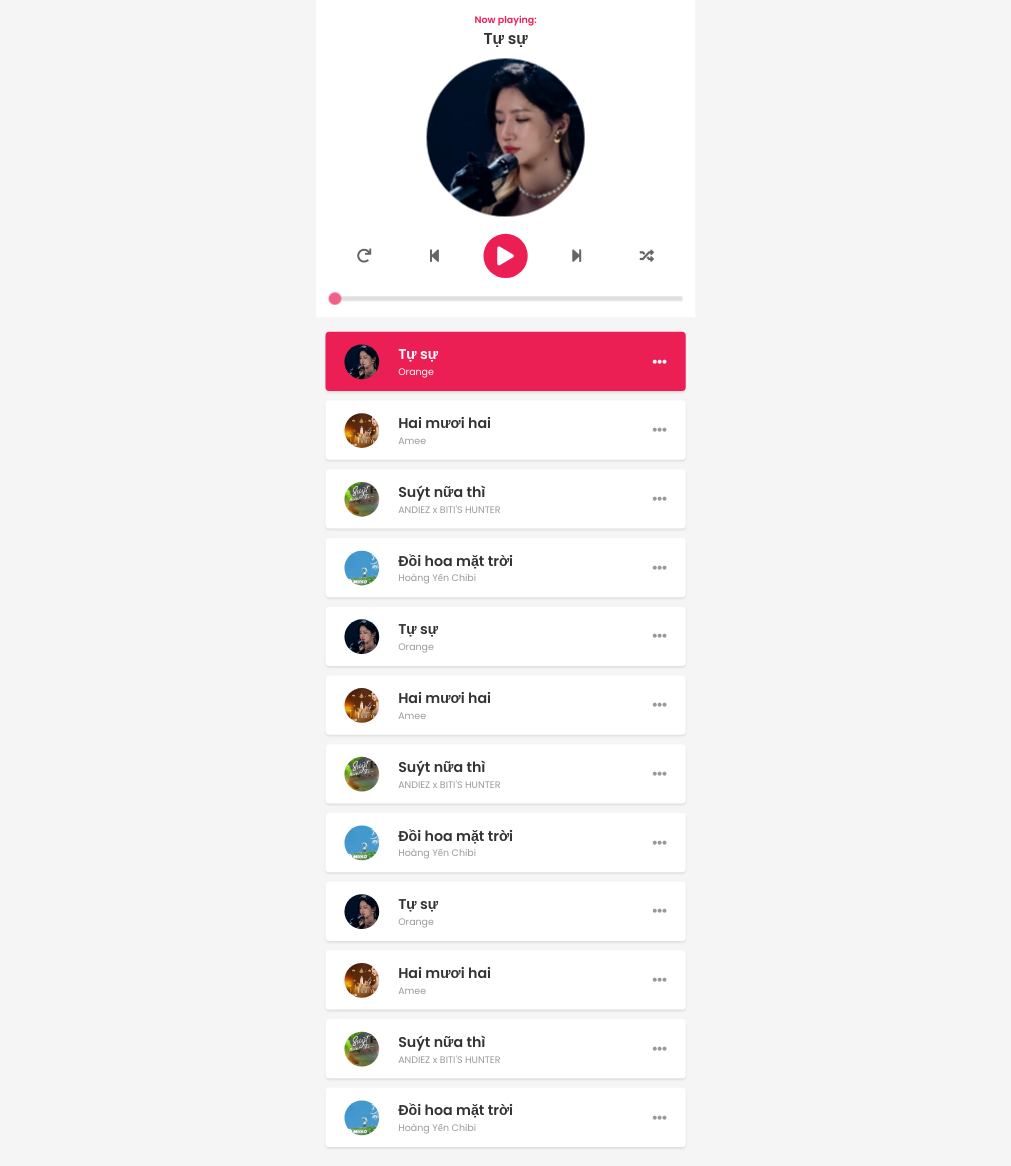
Repository: tannv3201/learn_JS_F8
Page: Example/Music player/index.html
The author's editor kept a copy of each file at every save. The page is drawn from the files as they stood at one save, then again after the next save.
The browser window is 1280 px wide. The pictures show the whole page, at 79% of full size.
Pictures or frames that could not be fetched are drawn as grey boxes.

Above is the page before, as saved 2022-08-17 14:48:59.

### Example/Music player/index.html
<!DOCTYPE html>
<html lang="en">

<head>
    <meta charset="UTF-8">
    <meta http-equiv="X-UA-Compatible" content="IE=edge">
    <meta name="viewport" content="width=device-width, initial-scale=1.0">
    <title>Music player</title>
    <link rel="stylesheet" href="https://cdnjs.cloudflare.com/ajax/libs/font-awesome/5.15.2/css/all.min.css"
        integrity="sha512-HK5fgLBL+xu6dm/Ii3z4xhlSUyZgTT9tuc/hSrtw6uzJOvgRr2a9jyxxT1ely+B+xFAmJKVSTbpM/CuL7qxO8w=="
        crossorigin="anonymous" />
    <link rel="preconnect" href="https://fonts.gstatic.com">
    <link href="https://fonts.googleapis.com/css2?family=Poppins:wght@300;400;600&display=swap" rel="stylesheet">
    <link rel="stylesheet" href="./style.css">
</head>

<body>

    <div class="player">
        <!-- Dashboard -->
        <div class="dashboard">
            <!-- Header -->
            <header>
                <h4>Now playing:</h4>
                <h2>Tự sự</h2>
            </header>

            <!-- CD -->
            <div class="cd">
                <div class="cd-thumb" style="background-image: url('./assets/imgs/tusu.jpg')">
                </div>
            </div>

            <!-- Control -->
            <div class="control">
                <div class="btn btn-repeat">
                    <i class="fas fa-redo"></i>
                </div>
                <div class="btn btn-prev">
                    <i class="fas fa-step-backward"></i>
                </div>
                <div class="btn btn-toggle-play">
                    <i class="fas fa-pause icon-pause"></i>
                    <i class="fas fa-play icon-play"></i>
                </div>
                <div class="btn btn-next">
                    <i class="fas fa-step-forward"></i>
                </div>
                <div class="btn btn-random">
                    <i class="fas fa-random"></i>
                </div>
            </div>

            <input id="progress" class="progress" type="range" value="0" step="1" min="0" max="100">

            <audio id="audio" src=""></audio>
        </div>

        <!-- Playlist -->
        <div class="playlist">
            <div class="song">
                <div class="thumb" style="background-image: url('./assets/imgs/tusu.jpg')">
                </div>
                <div class="body">
                    <h3 class="title">Tự sự</h3>
                    <p class="author">Orange</p>
                </div>
                <div class="option">
                    <i class="fas fa-ellipsis-h"></i>
                </div>
            </div>
            <div class="song">
                <div class="thumb" style="background-image: url('./assets/imgs/haimuoihai.jpg')">
                </div>
                <div class="body">
                    <h3 class="title">Hai mươi hai</h3>
                    <p class="author">Amee</p>
                </div>
                <div class="option">
                    <i class="fas fa-ellipsis-h"></i>
                </div>
            </div>
            <div id="song" class="song">
                <div class="thumb"
                    style="background-image: url('https://i.ytimg.com/vi/jTLhQf5KJSc/maxresdefault.jpg')">
                </div>
                <div class="body">
                    <h3 class="title">Music name</h3>
                    <p class="author">Singer</p>
                </div>
                <div class="option">
                    <i class="fas fa-ellipsis-h"></i>
                </div>
            </div>
        </div>
    </div>

    <!-- Design from: https://static.collectui.com/shots/3671744/musicloud-revolutionary-app-for-music-streaming-large -->
    <script src="./main.js"></script>
</body>

</html>

### Example/Music player/style.css
:root {
    --primary-color: #ec1f55;
    --text-color: #333;
}

* {
    padding: 0;
    margin: 0;
    box-sizing: inherit;
}

body {
    background-color: #f5f5f5;
}

html {
    box-sizing: border-box;
    font-family: "Poppins", sans-serif;
}

.player {
    position: relative;
    max-width: 480px;
    margin: 0 auto;
}

.player .icon-pause {
    display: none;
}

.player.playing .icon-pause {
    display: inline-block;
}

.player.playing .icon-play {
    display: none;
}

.dashboard {
    padding: 16px 16px 14px;
    background-color: #fff;
    position: fixed;
    top: 0;
    width: 100%;
    max-width: 480px;
    border-bottom: 1px solid #ebebeb;
}

/* HEADER */
header {
    text-align: center;
    margin-bottom: 10px;
}

header h4 {
    color: var(--primary-color);
    font-size: 12px;
}

header h2 {
    color: var(--text-color);
    font-size: 20px;
}

/* CD */
.cd {
    display: flex;
    margin: auto;
    width: 200px;
}

.cd-thumb {
    width: 100%;
    padding-top: 100%;
    border-radius: 50%;
    background-color: #333;
    background-size: cover;
    margin: auto;
}

/* CONTROL */
.control {
    display: flex;
    align-items: center;
    justify-content: space-around;
    padding: 18px 0 8px 0;
}

.control .btn {
    color: #666;
    padding: 18px;
    font-size: 18px;
}

.control .btn.active {
    color: var(--primary-color);
}

.control .btn-toggle-play {
    width: 56px;
    height: 56px;
    border-radius: 50%;
    font-size: 24px;
    color: #fff;
    display: flex;
    align-items: center;
    justify-content: center;
    background-color: var(--primary-color);
}

.progress {
    width: 100%;
    -webkit-appearance: none;
    height: 6px;
    background: #d3d3d3;
    outline: none;
    opacity: 0.7;
    -webkit-transition: 0.2s;
    transition: opacity 0.2s;
}

.progress::-webkit-slider-thumb {
    -webkit-appearance: none;
    appearance: none;
    width: 16px;
    height: 16px;
    border-radius: 50%;
    background-color: var(--primary-color);
    cursor: pointer;
}

/* PLAYLIST */
.playlist {
    margin-top: 408px;
    padding: 12px;
}

.song {
    display: flex;
    align-items: center;
    margin-bottom: 12px;
    background-color: #fff;
    padding: 8px 16px;
    border-radius: 5px;
    box-shadow: 0 2px 3px rgba(0, 0, 0, 0.1);
}

.song.active {
    background-color: var(--primary-color);
}

.song:active {
    opacity: 0.8;
}

.song.active .option,
.song.active .author,
.song.active .title {
    color: #fff;
}

.song .thumb {
    width: 44px;
    height: 44px;
    border-radius: 50%;
    background-size: cover;
    margin: 0 8px;
}

.song .body {
    flex: 1;
    padding: 0 16px;
}

.song .title {
    font-size: 18px;
    color: var(--text-color);
}

.song .author {
    font-size: 12px;
    color: #999;
}

.song .option {
    padding: 16px 8px;
    color: #999;
    font-size: 18px;
}

### Example/Music player/main.js
/**
    1. Render song
    2. Scroll top
    3. Play / pause/ seek
    4. CD rotate
    5. Next / prev
    6. Random
    7. Next / repeat when ended
    8. Active Song
    9. Scroll active song into view
    10. Play song when click
 */
const $ = document.querySelector.bind(document);
const $$ = document.querySelectorAll.bind(document);

// Lấy ra các element
const heading = $('header h2');
const cdThumb = $('.cd-thumb');
const audio = $('#audio');
const cd = $('.cd');
const playBtn = $('.btn-toggle-play');
const player = $('.player');
const progress = $('#progress');
const nextBtn = $('.btn-next');
const prevBtn = $('.btn-prev');
const randomBtn = $('.btn-random');
const repeatBtn = $('.btn-repeat');

const app = {
    currentIndex: 0,
    isPlaying: false,
    isRandom: false,
    isRepeat: false,
    songs: [
        {
            name: 'Tự sự',
            singer: 'Orange',
            path: './assets/music/tusu.mp3',
            image: './assets/imgs/tusu.jpg'
        },
        {
            name: 'Hai mươi hai',
            singer: 'Amee',
            path: './assets/music/haimuoihai.mp3',
            image: './assets/imgs/haimuoihai.jpg'
        },
        {
            name: 'Suýt nữa thì',
            singer: 'ANDIEZ x BITI\'S HUNTER',
            path: './assets/music/suytnuathi.mp3',
            image: './assets/imgs/suytnuathi.jpg'
        },
        {
            name: 'Đồi hoa mặt trời',
            singer: 'Hoàng Yến Chibi',
            path: './assets/music/doihoamattroi.mp3',
            image: './assets/imgs/doihoamattroi.jpg'
        },
        {
            name: 'Tự sự',
            singer: 'Orange',
            path: './assets/music/tusu.mp3',
            image: './assets/imgs/tusu.jpg'
        },
        {
            name: 'Hai mươi hai',
            singer: 'Amee',
            path: './assets/music/haimuoihai.mp3',
            image: './assets/imgs/haimuoihai.jpg'
        },
        {
            name: 'Suýt nữa thì',
            singer: 'ANDIEZ x BITI\'S HUNTER',
            path: './assets/music/suytnuathi.mp3',
            image: './assets/imgs/suytnuathi.jpg'
        },
        {
            name: 'Đồi hoa mặt trời',
            singer: 'Hoàng Yến Chibi',
            path: './assets/music/doihoamattroi.mp3',
            image: './assets/imgs/doihoamattroi.jpg'
        },
        {
            name: 'Tự sự',
            singer: 'Orange',
            path: './assets/music/tusu.mp3',
            image: './assets/imgs/tusu.jpg'
        },
        {
            name: 'Hai mươi hai',
            singer: 'Amee',
            path: './assets/music/haimuoihai.mp3',
            image: './assets/imgs/haimuoihai.jpg'
        },
        {
            name: 'Suýt nữa thì',
            singer: 'ANDIEZ x BITI\'S HUNTER',
            path: './assets/music/suytnuathi.mp3',
            image: './assets/imgs/suytnuathi.jpg'
        },
        {
            name: 'Đồi hoa mặt trời',
            singer: 'Hoàng Yến Chibi',
            path: './assets/music/doihoamattroi.mp3',
            image: './assets/imgs/doihoamattroi.jpg'
        },
    ],
    render: function () {
        const htmls = this.songs.map((song, index) => {
            return `
            <div class="song ${index === this.currentIndex ? 'active' : ''}">
                <div class="thumb" style="background-image: url('${song.image}')">
                </div>
                <div class="body">
                    <h3 class="title">${song.name}</h3>
                    <p class="author">${song.singer}</p>
                </div>
                <div class="option">
                    <i class="fas fa-ellipsis-h"></i>
                </div>
            </div>
            `
        })
        $('.playlist').innerHTML = htmls.join('');
    },

    // Định nghĩa thuộc tính
    defineProperties: function () {
        Object.defineProperty(this, 'currentSong', {
            get: function () {
                return this.songs[this.currentIndex];
            }
        })
    },

    // Xử lý sự kiện
    handleEvents: function () {
        const _this = this; // Định nghĩa từ khóa this ở ngoài
        // Lấy ra Element "cd"
        const cdWidth = cd.offsetWidth; // Lấy width của cd.

        // Xử lý CD quay và dừng
        const cdThumbAnimate = cdThumb.animate([
            {
                transform: 'rotate(360deg)'
            }
        ], {
            duration: 10000, // 10 giây
            iterations: Infinity // Chạy vô hạn
        })
        cdThumbAnimate.pause()

        // Xử lý phóng to / thu nhỏ cd
        document.onscroll = function () {
            const scrollTop = document.documentElement.scrollTop || window.scrollY;
            const newCdWidth = cdWidth - scrollTop;
            cd.style.width = newCdWidth > 0 ? newCdWidth + 'px' : 0; // check nếu kéo nhanh quá giá trị về < 0 thì lấy = 0
            cd.style.opacity = newCdWidth / cdWidth; // mờ dần khi scroll
        }

        // Xử lý khi click play
        playBtn.onclick = function () {
            if (_this.isPlaying) {
                audio.pause();
            }
            else {
                audio.play();
            }
        };
        // Khi bài hát được play
        audio.onplay = function () {
            _this.isPlaying = true;
            player.classList.add('playing') // chuyển btn play thành btn pause
            cdThumbAnimate.play()
        };
        // Khi bài hát bị dừng
        audio.onpause = function () {
            _this.isPlaying = false;
            player.classList.remove('playing') // chuyển btn pause thành btn play
            cdThumbAnimate.pause()
        }

        // Khi tiến độ bài hát thay đổi
        audio.ontimeupdate = function () {
            if (audio.duration) {
                const progressPercent = Math.floor(audio.currentTime / audio.duration * 100);
                progress.value = progressPercent;
            }
        }

        // xử lý khi tua bài hát
        progress.onchange = function (e) {
            const seekTime = audio.duration * e.target.value / 100;
            audio.currentTime = seekTime;
        }

        // Next bài
        nextBtn.onclick = function () {
            if (_this.isRandom) {
                _this.playRandomSong()
            }
            else {
                _this.nextSong();
            }
            audio.play();
            _this.render();
            _this.scrollToActiveSong();
        }

        // Prev  bài
        prevBtn.onclick = function () {
            if (_this.isRandom) {
                _this.playRandomSong()
            }
            else {
                _this.prevSong();
            }
            audio.play();
            _this.render();
            _this.scrollToActiveSong();
        }

        // Random
        randomBtn.onclick = function () {
            _this.isRandom = !_this.isRandom
            randomBtn.classList.toggle('active', _this.isRandom);
        }

        // xử lý next khi hết bài
        audio.onended = function () {
            if (!_this.isRepeat) {
                nextBtn.click();
            }
            else {
                audio.play()
            }
        }

        // Xử lý repeat bài hát hiện tại
        repeatBtn.onclick = function () {
            _this.isRepeat = !_this.isRepeat;
            repeatBtn.classList.toggle('active', _this.isRepeat);
        }

    },

    loadCurrentSong: function () {
        // Gán giá trị bài hát hiện tại
        heading.textContent = this.currentSong.name;
        cdThumb.style.backgroundImage = `url('./${this.currentSong.image}')`;
        audio.src = this.currentSong.path;
    },
    scrollToActiveSong: function () {
        setTimeout(() => {
            $('.song.active').scrollIntoView({
                behavior: 'smooth',
                block: 'end',
            });
        }, 300);
    },

    // Next
    nextSong: function () {
        this.currentIndex++;
        if (this.currentIndex >= this.songs.length) {
            this.currentIndex = 0;
        }
        this.loadCurrentSong();
    },
    // Previous
    prevSong: function () {
        this.currentIndex--;
        if (this.currentIndex < 0) {
            this.currentIndex = this.songs.length - 1;
        }
        this.loadCurrentSong();
    },

    // Random
    playRandomSong: function () {
        let newIndex
        do {
            newIndex = Math.floor(Math.random() * this.songs.length);
        } while (newIndex === this.currentIndex)
        this.currentIndex = newIndex;
        this.loadCurrentSong();
    },

    // Phương thức start() để bắt đầu
    start: function () {
        // Định nghĩa ra các thuộc tính cho object
        this.defineProperties();

        // Lắng nghe, xử lý các sự kiện (DOM event)
        this.handleEvents();

        // Tải thông tin bài hát đầu tiền vào UI khi chạy ứng dụng
        this.loadCurrentSong();



        // Render playlist
        this.render();
    }
}

app.start();

After the next save:
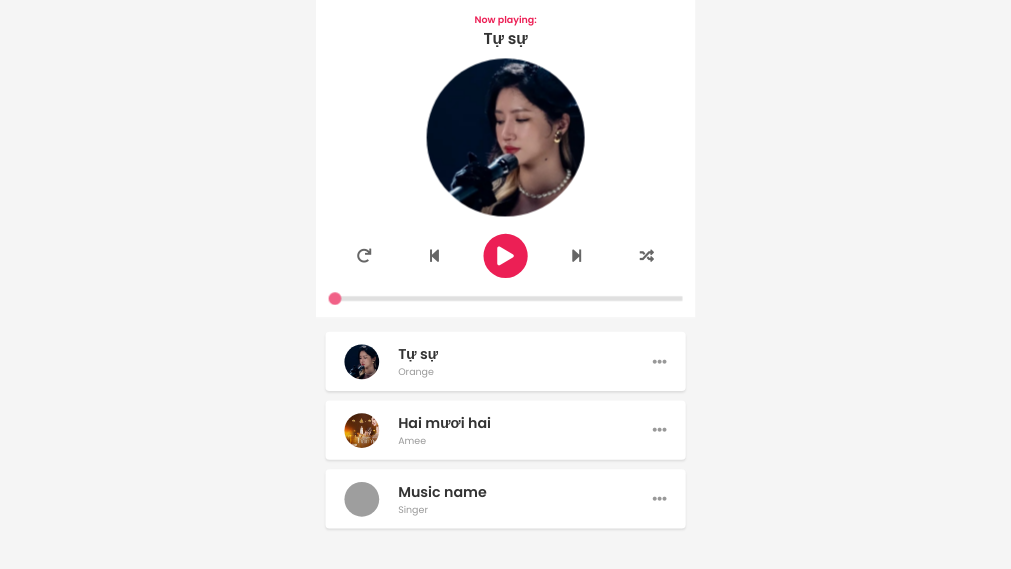
Console error: ReferenceError: playlist is not defined
Saved 2 min 58 s later.
--- a/Example/Music player/main.js
+++ b/Example/Music player/main.js
@@ -121,7 +121,7 @@ const app = {
             </div>
             `
         })
-        $('.playlist').innerHTML = htmls.join('');
+        playlist.innerHTML = htmls.join('');
     },
 
     // Định nghĩa thuộc tính

After the 2 saves that followed:
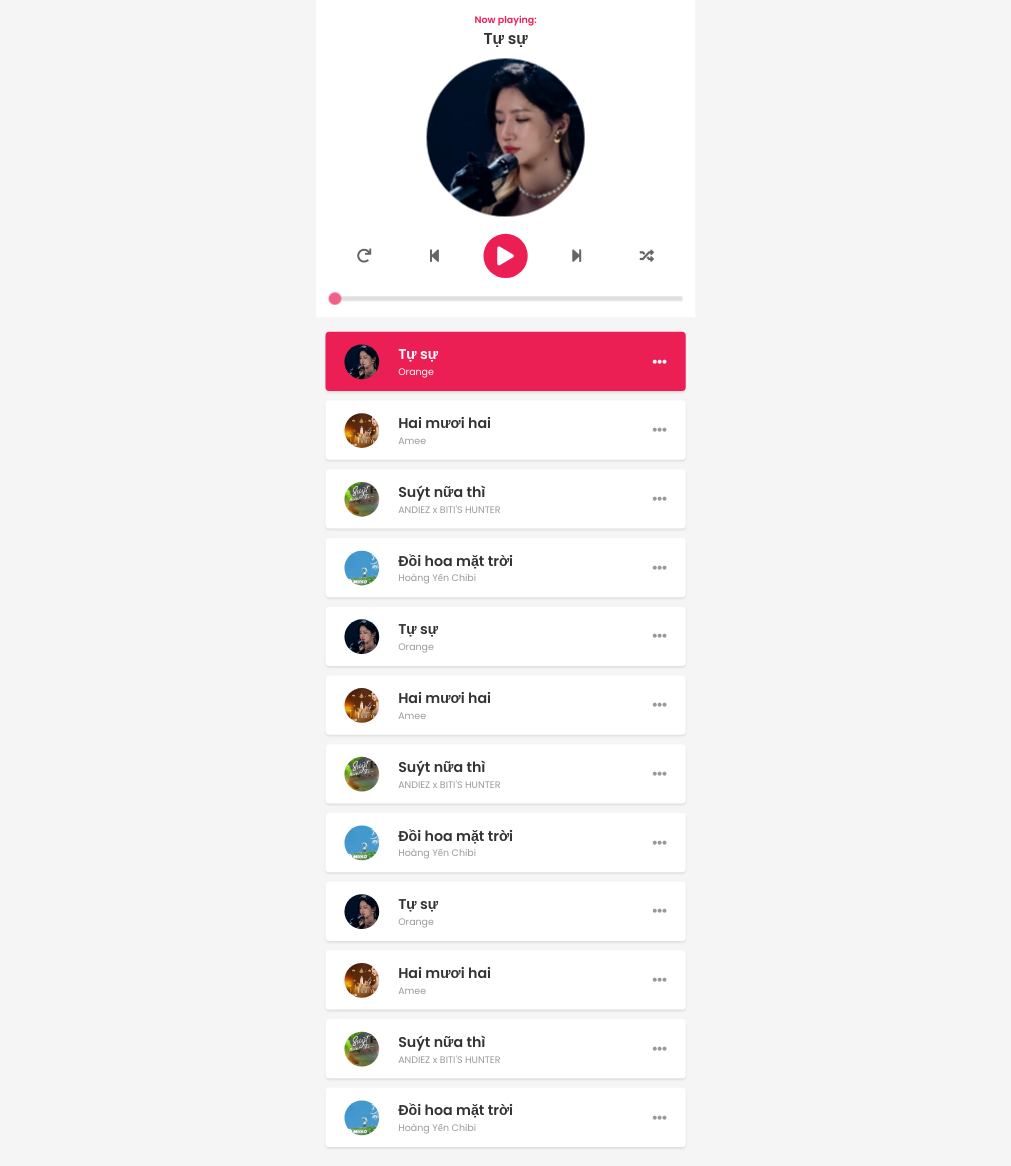
The error is gone.
The 2 saves are shown as one change because they came seconds apart.
The last was saved 9 s later.
--- a/Example/Music player/main.js
+++ b/Example/Music player/main.js
@@ -25,7 +25,7 @@ const nextBtn = $('.btn-next');
 const prevBtn = $('.btn-prev');
 const randomBtn = $('.btn-random');
 const repeatBtn = $('.btn-repeat');
-
+const playlist = $('.playlist');
 const app = {
     currentIndex: 0,
     isPlaying: false,
